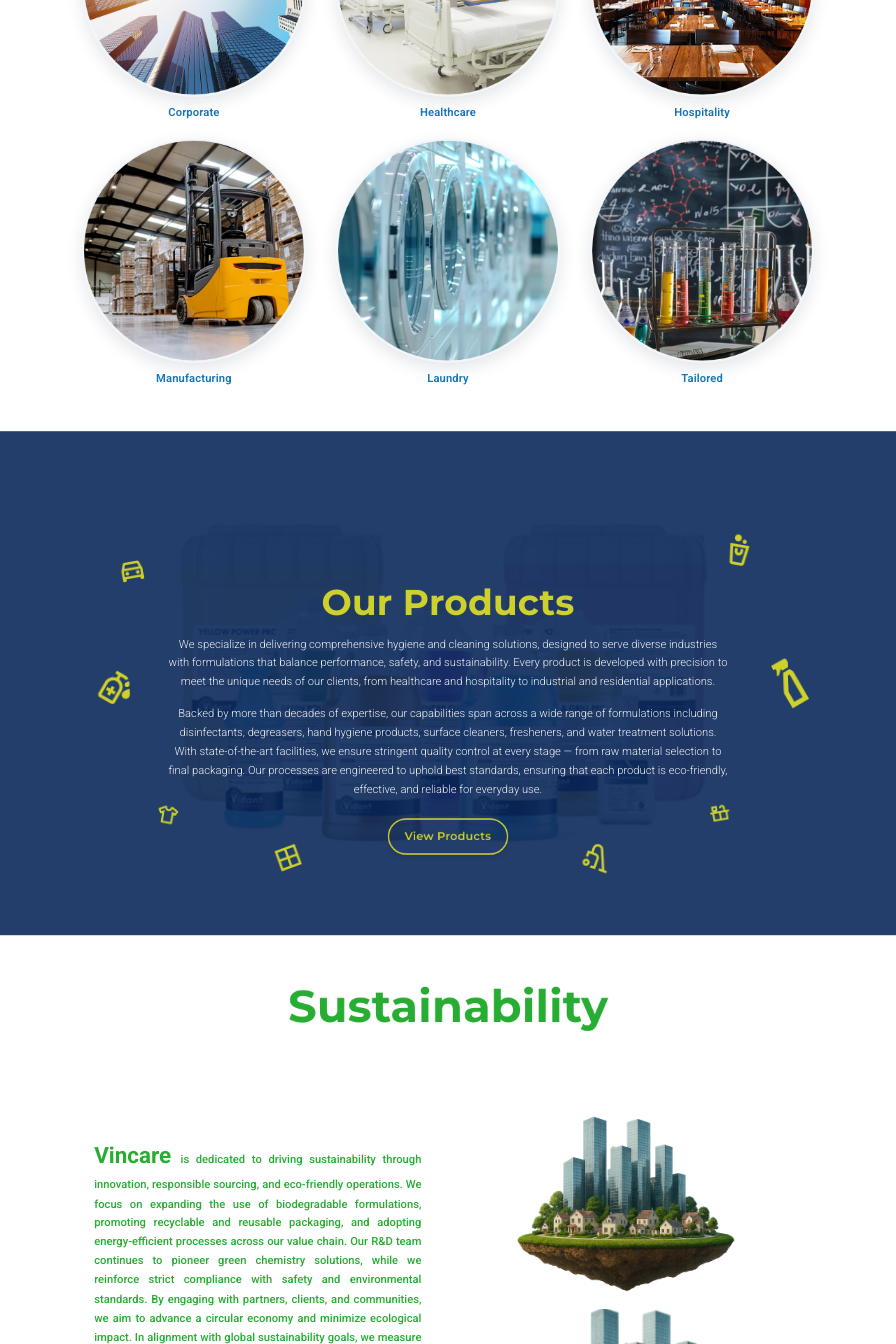
Repository: Yeshwanth-189/vincare
Page: / (app in vincare-frontend/)
The author's editor kept a copy of each file at every save. The page is drawn from the files as they stood at one save, then again after the next save.
The browser window is 1280 px wide. The pictures show the part of the page from y = 4580 to 6500 px (the page is 7076 px tall before and 6970 px after), at 70% of full size.
Pictures or frames that could not be fetched are drawn as grey boxes. The project was rebuilt for these pictures with package versions that can differ from the ones it lists, and the page was loaded fresh each time. Also part of the build but not shown: vincare-frontend/vite.config.js. Imported but missing from the stored project, and not drawn on this page: vincare-frontend/src/assets/green-globe-white-bg.mp4.

Above is the page before, as saved 2025-09-25 20:22:56.

### vincare-frontend/index.html
<!DOCTYPE html>
<html lang="en">
  <head>
    <meta charset="UTF-8" />
    <link rel="preconnect" href="https://fonts.googleapis.com" />
    <link rel="preconnect" href="https://fonts.gstatic.com" crossorigin />
    <link rel="icon" type="image/svg+xml" href="/Vincare-Logo.png" />
    <link
      href="https://fonts.googleapis.com/css2?family=Lato:ital,wght@0,100;0,300;0,400;0,700;0,900;1,100;1,300;1,400;1,700;1,900&family=Montserrat:ital,wght@0,100..900;1,100..900&family=Roboto:ital,wght@0,100..900;1,100..900&display=swap"
      rel="stylesheet"
    />
    <meta name="viewport" content="width=device-width, initial-scale=1.0" />
    <title>Vincare Hygiene</title>
  </head>
  <body>
    <div id="root"></div>
    <script type="module" src="/src/main.jsx"></script>
  </body>
</html>

### vincare-frontend/src/App.jsx
import "./App.css";
import Vincare from "./components/Vincare";
import { BrowserRouter as Router, Routes, Route } from "react-router-dom";

function App() {
  return (
    <>
      <Router>
        <Routes>
          <Route path="/" element={<Vincare />} />
        </Routes>
      </Router>
    </>
  );
}

export default App;

### vincare-frontend/src/App.css
:root {
  /* Brand Colors */
  --color-primary: #1777bc; /* Dark Navy Blue */
  --color-secondary: rgb(39, 173, 50); /* Professional Light Blue */

  /* Backgrounds */
  --color-bg: #ffffff;
  --color-bg-light: #f5f5f5;

  /* Neutral Grays */
  --color-gray-dark: #333333;
  --color-gray-mid: #666666;
  --color-gray-light: #f5f5f5;

  /* Status Colors */
  --color-success: #2e7d32;
  --color-warning: #ed6c02;
  --color-error: #d32f2f;

  /* Typography */
  --font-heading: "Montserrat", serif;
  --font-body: "Roboto", sans-serif;

  /* Font Sizes (scalable for responsive design) */
  --text-h1: 2.5rem;
  --text-h2: 2rem;
  --text-h3: 1.5rem;
  --text-body: 1rem;
  --text-small: 0.875rem;

  /* Spacing (consistent padding/margin system) */
  --space-xs: 4px;
  --space-sm: 8px;
  --space-md: 16px;
  --space-lg: 24px;
  --space-xl: 32px;

  /* Border Radius */
  --radius-sm: 4px;
  --radius-md: 8px;
  --radius-lg: 16px;

  /* Shadows */
  --shadow-sm: 0 1px 2px rgba(0, 0, 0, 0.05);
  --shadow-md: 0 4px 6px rgba(0, 0, 0, 0.1);
  --shadow-lg: 0 10px 15px rgba(0, 0, 0, 0.15);
}

html,
body {
  margin: 0;
  padding: 0;
}
* {
  box-sizing: border-box;
}
/* Base Typography */
body {
  font-family: var(--font-body);
  font-size: var(--text-body);
  color: var(--color-gray-dark);
  background-color: var(--color-bg);
  margin: 0;
  padding: 0;
}

h1,
h2,
h3,
h4,
h5,
h6 {
  font-family: var(--font-heading);
  color: var(--color-primary);
  margin: 0 0 var(--space-md);
}

p {
  margin: 0 0 var(--space-md);
  color: var(--color-gray-mid);
}

### vincare-frontend/src/components/Vincare.jsx
import React from "react";
import NavBar from "../components/Navbar";
import Hero from "../components/Hero";
import About from "../components/About";
import Sectors from "../components/Sectors";
import ProductsIntro from "../components/ProductsIntro";
import SustainabilityGreenManf from "../components/SustainabilityGreenManf";
// import Contact from "../components/Contact";
// import Footer from "../components/Footer";

function Vincare() {
  return (
    <>
      <NavBar />
      <section id="home">
        <Hero />
      </section>
      <section id="about">
        <About />
      </section>
      <section id="sectors">
        <Sectors />
      </section>
      <section id="products-intro">
        <ProductsIntro />
      </section>
      <section id="sustainability">
        <SustainabilityGreenManf />
      </section>

      {/* <section id="services">
        <Services />
      </section>
      <section id="courses">
        <Courses />
      </section>
      <section id="projects">
        <Projects />
      </section>
      <section id="blogs">
        <Blogs />
      </section>
      <section id="contact">
        <Contact />
      </section>
      <Footer /> */}
    </>
  );
}

export default Vincare;

### vincare-frontend/src/styles/Navbar.css
.navbar {
  position: fixed;
  width: 100%;
  background-color: var(--color-bg);
  z-index: 999;
  padding: 1% 0 1%;
}

.navbar-grid {
  display: grid;
  grid-template-columns: repeat(12, 1fr);
  align-items: center;
  max-width: 1400px;
  margin: 0 auto;
  padding: 0 20px;
}

.col-1 {
  grid-column: 1 / 2;
}

.col-2to11 {
  grid-column: 2 / 12;
  display: flex;
  justify-content: space-between;
  align-items: center;
}

.col-12 {
  display: none;
}

/* Left: Logo */
.navbar-logo {
  font-family: "Montserrat", serif;
  font-size: 1.3rem;
  color: var(--color-primary);
  display: flex;
  justify-content: flex-start;
  align-items: flex-start;
  width: 100%;
}

.navbar-logo-image {
  width: 8%;
}
.navbar-word-logo-image {
  width: 20%;
}
.primary {
  color: #0a2540;
}

.secondary {
  color: #51ba31;
}

/* Right: Links */
.navbar-links {
  display: flex;
  gap: 32px;
  font-family: "Montserrat", serif;
  font-size: 0.95rem;
}

.navbar-links a {
  color: var(--color-primary);
  text-decoration: none;
  transition: color 0.3s ease;
  position: relative;
}

.navbar-links a:hover {
  color: var(--color-secondary);
  cursor: pointer;
}

.navbar-links a::after {
  content: "";
  display: block;
  height: 2px;
  width: 0;
  background-color: var(--color-secondary);
  transition: width 0.3s ease;
  position: absolute;
  bottom: -4px;
  left: 0;
}

.navbar-links a:hover::after {
  width: 100%;
}
.hamburger {
  display: none;
  flex-direction: column;
  justify-content: center;
  align-items: flex-end;
  gap: 5px;
  margin-left: auto;
  cursor: pointer;
  z-index: 1000;
}

.bar {
  width: 22px;
  height: 3px;
  background-color: var(--color-primary);
  transition: all 0.3s ease;
}

.rotate-top {
  transform: rotate(45deg) translateY(8px);
}

.fade {
  opacity: 0;
}

.rotate-bottom {
  transform: rotate(-45deg) translateY(-8px);
}

/* Responsive */
@media screen and (max-width: 768px) {
  .navbar-grid {
    grid-template-columns: 1fr;
  }

  .col-2to11 {
    flex-direction: column;
    gap: 14px;
    grid-column: span 12;
  }

  .navbar-logo {
    font-size: 1.1rem;
  }

  .navbar-logo-image {
    width: 10%;
    padding-top: 3%;
  }

  .navbar-word-logo-image {
    width: 20%;
    padding-top: 3%;
    padding-bottom: 3%;
  }

  .navbar-links {
    flex-direction: column;
    gap: 12px;
  }
  @media screen and (max-width: 768px) {
    .hamburger {
      margin-top: 7%;
      display: flex;
    }
    .navbar {
      top: 0;
      border-bottom: 1px solid #0a2540;
    }

    .navbar-links {
      display: none;
      flex-direction: column;
      gap: 16px;
      margin-top: 1rem;
      width: 100%;
    }

    .navbar-links.open {
      display: flex;
      animation: fadeIn 0.3s ease-in-out;
    }
  }

  @keyframes fadeIn {
    from {
      opacity: 0;
      transform: translateY(-10px);
    }
    to {
      opacity: 1;
      transform: translateY(0);
    }
  }
}

### vincare-frontend/src/components/WhyVincare.jsx
import React from "react";
// eslint-disable-next-line no-unused-vars
import { motion } from "framer-motion";
import "../styles/WhyVincare.css";

import why1 from "../assets/why1.png";
import why2 from "../assets/why2.png";
import why3 from "../assets/why3.jpg";
import why4 from "../assets/why4.png";
import why5 from "../assets/why5.png";

const items = [
  {
    idx: "I",
    title: "Quality Above All",
    text: "We maintain stringent international standards, ensuring every formulation is safe, effective, and reliable across industries.",
    img: why1,
  },
  {
    idx: "II",
    title: "Sustainable by Design",
    text: "Our eco-friendly, biodegradable, and non-hazardous products protect both people and the planet while delivering high performance.",
    img: why2,
  },
  {
    idx: "III",
    title: "Hi-Tech Innovation",
    text: "With advanced R&D and cutting-edge formulations, we deliver next-generation cleaning solutions that evolve with client needs.",
    img: why3,
  },
  {
    idx: "IV",
    title: "On-Time, Every Time",
    text: "We honour commitments with prompt, consistent delivery, helping clients maintain seamless operations without compromise.",
    img: why4,
  },
  {
    idx: "V",
    title: "Safety & Transparency",
    text: "From packaging to process, we ensure user safety, clear labeling, and transparent practices, building long-term client confidence.",
    img: why5,
  },
];

export default function WhyVincare() {
  return (
    <section className="why grid-12">
      <motion.h2
        className="why__title"
        initial={{ y: 24, opacity: 0 }}
        whileInView={{ y: 0, opacity: 1 }}
        viewport={{ once: true }}
        transition={{ type: "spring", stiffness: 110, damping: 14 }}
      >
        Why Vincare
      </motion.h2>

      {/* Rows container (for vertical rail) */}
      <div className="why__rows">
        {items.map((it) => (
          <motion.div
            key={it.title}
            className="why__row"
            initial={{ y: 24, opacity: 0 }}
            whileInView={{ y: 0, opacity: 1 }}
            viewport={{ once: true, amount: 0.2 }}
            transition={{ type: "spring", stiffness: 110, damping: 16 }}
          >
            {/* Badge (centered on rail) */}
            <div className="why__badgeCol">
              <div className="why__badge">
                <span>{it.idx}</span>
              </div>
            </div>

            {/* Text (ALWAYS left on desktop) */}
            <div className="why__cardWrap left">
              <article className="why__card">
                <div className="why__content">
                  <h3>{it.title}</h3>
                  <p>{it.text}</p>
                </div>
              </article>
            </div>

            {/* Image (ALWAYS right on desktop) */}
            <div className="why__imgCol right">
              <img src={it.img} alt={it.title} loading="lazy" />
            </div>
          </motion.div>
        ))}
      </div>
    </section>
  );
}

### vincare-frontend/src/styles/Sectors.css
/* Fallbacks use your variables if present */
.sectors {
  padding: clamp(32px, 5vw, 72px) 0;
  background: var(--surface, #ffffff);
  color: var(--ink, #333333);
}

.grid-12 {
  display: grid;
  grid-template-columns: repeat(12, minmax(0, 1fr));
  gap: clamp(12px, 1.5vw, 20px);
}

/* Gutters: content spans columns 2–11 */
.sectors__title {
  grid-column: 2 / 12;
  font-family: var(--font-heading, "Montserrat", serif);
  font-weight: 700;
  font-size: clamp(4rem, 4.3vw, 4.2rem);
  line-height: 1.2;
  color: var(--color-primary);
  text-align: center;
  letter-spacing: 0.2px;
}

.sectors__intro {
  grid-column: 2 / 12;
  margin: 8px auto 0;
  text-align: center;
  font-family: var(--font-body, "Roboto", sans-serif);
  font-size: clamp(0.95rem, 1.2vw, 1.05rem);
  line-height: 1.7;
  color: var(--ink-2, #444);
}

/* Two rows x three columns within the central span */
.sectors__list {
  grid-column: 2 / 12;
  display: grid;
  grid-template-columns: repeat(3, minmax(0, 1fr));
  gap: clamp(18px, 2vw, 28px);
  list-style: none;
  padding: 0;
  margin: clamp(20px, 3vw, 36px) 0 0;
}

/* Card */
.sector {
  display: grid;
  place-items: center;
}

.sector__figure {
  width: 100%;
  max-width: 320px;
  margin: 0 auto;
  text-align: center;
}

.sector__imgWrap {
  position: relative;
  aspect-ratio: 1 / 1;
  border-radius: 9999px;
  overflow: hidden;
  border: 3px solid var(--brand, #f2f6f9);
  box-shadow: 0 8px 24px rgba(10, 37, 64, 0.12);
  will-change: transform;
  transition: transform 300ms ease;
}

.sector__img {
  width: 100%;
  height: 100%;
  object-fit: cover;
  transform: scale(1.02);
  transition: transform 450ms ease;
}

/* Hover zoom on the image; slight lift on wrapper */
.sector__figure:hover .sector__img {
  transform: scale(1.12);
}

.sector__figure:hover .sector__imgWrap {
  transform: translateY(-2px);
}

.sector__caption {
  margin-top: 10px;
  font-weight: 600;
  letter-spacing: 0.2px;
  color: var(--color-primary);
}

/* Responsive */
@media (max-width: 900px) {
  .sectors__list {
    grid-template-columns: repeat(2, minmax(0, 1fr));
  }
}

@media (max-width: 560px) {
  .sectors__list {
    grid-template-columns: 1fr;
  }
  .sectors__intro {
    text-align: justify;
    padding: 0 8px;
  }
}

/* Motion accessibility */
@media (prefers-reduced-motion: reduce) {
  .sector__img,
  .sector__imgWrap {
    transition: none !important;
    transform: none !important;
  }
}

### vincare-frontend/src/styles/ProductsIntro.css
/* ---- Our Products (12-col grid, background image) ---- */

.productsIntro {
  /* Background image via CSS var from component prop */
  background-image: var(--bg-image);
  background-size: cover;
  background-position: center;
  background-repeat: no-repeat;

  position: relative;
  min-height: clamp(720px, 70vh, 760px);
  display: grid;
  align-items: center; /* vertically center grid wrapper */
  padding: clamp(24px, 6vw, 64px) 0;
}

.productsIntro__grid {
  /* 12-column content grid */
  width: min(1200px, 92vw);
  margin: 0 auto;
  display: grid;
  grid-template-columns: repeat(12, minmax(0, 1fr));
  gap: clamp(12px, 2vw, 20px);
}

.productsIntro__content {
  /* Use gutters: columns 1 & 12 are visual gutters; content spans 2–11 */
  grid-column: 2 / 12;
  text-align: center;
}

/* Typography */
.productsIntro__title {
  color: #ced12b;
  font-family: "Montserrat", sans-serif;
  font-weight: 700;
  letter-spacing: 0.3px;
  font-size: clamp(2.8rem, 4vw, 4rem);
  line-height: 1.15;
  margin: 0 0 clamp(10px, 2.2vw, 16px);
}

.productsIntro__text {
  color: rgba(255, 255, 255, 0.92);
  font-family: "Roboto", system-ui, -apple-system, Segoe UI, sans-serif;
  font-size: clamp(0.98rem, 1.25vw, 1.05rem);
  font-weight: 300;
  line-height: 1.7;
  margin: 0% auto clamp(14px, 2vw, 18px);
  max-width: 90ch;
}

/* CTA button */
.productsIntro__cta {
  margin-top: clamp(18px, 3vw, 28px);
  display: flex;
  justify-content: center;
}

.btn {
  appearance: none;
  border: none;
  cursor: pointer;
  user-select: none;
  transition: transform 0.18s ease, background-color 0.25s ease,
    color 0.25s ease, border-color 0.25s ease;
  font-weight: 600;
  letter-spacing: 0.3px;
  text-decoration: none;
  display: inline-block;
}

.btn--outlineWhite {
  color: #ced12b;
  background: transparent;
  border: 2px solid #ced12b;
  padding: 12px 22px;
  border-radius: 999px;
  font-family: "Montserrat", system-ui, -apple-system, Segoe UI, Roboto,
    sans-serif;
}

.btn--outlineWhite:hover,
.btn--outlineWhite:focus-visible {
  background: #ffffff;
  color: var(--brand-dark, #0a2540); /* falls back to brand navy if defined */
  outline: none;
}

.btn--outlineWhite:active {
  transform: translateY(1px) scale(0.98);
}

/* Responsive: collapse gutters on small screens */
@media (max-width: 900px) {
  .productsIntro__content {
    grid-column: 1 / -1; /* full width */
    padding: 0 clamp(12px, 3vw, 24px);
  }
}

### vincare-frontend/src/styles/SustainabilityGreenManf.css
/* Root spacing & typography */
.sustainability {
  --sust-gap: clamp(12px, 2.2vw, 24px);
  --sust-card-gap: clamp(10px, 2vw, 16px);
  --sust-radius: 14px;
  --sust-shadow: 0 6px 18px rgba(0, 0, 0, 0.12);
  --sust-shadow-hover: 0 10px 28px rgba(0, 0, 0, 0.18);
  --sust-border: 1px solid rgba(0, 0, 0, 0.06);
  --sust-muted: #666;
  --sust-title: #0a2540; /* dark navy */
  --sust-accent: #1976d2; /* light blue */

  display: block;
  padding: clamp(20px, 4vw, 40px) var(--sust-pad-x);
}

.sust__grid {
  margin: 0 auto;
  max-width: var(--sust-maxw);
  display: grid;
  grid-template-columns: repeat(12, minmax(0, 1fr));
  gap: var(--sust-gap);
}

/* Gutters: columns 1 and 12 (kept empty) */
.sust__gutter {
  grid-column: span 1;
}

/* Main content spans columns 2–11 */
.sust__content {
  grid-column: 2 / 12;
  display: grid;
  grid-template-rows: auto auto;
  row-gap: var(--sust-gap);
}

/* Heading */

.slide-in {
  opacity: 0;
  transform: translateX(-40px);
  transition: transform 600ms cubic-bezier(0.22, 1, 0.36, 1), opacity 600ms ease;
}
.slide-in--visible {
  opacity: 1;
  transform: translateX(0);
}

/* Two-column content inside the 2–11 band */
.sust__twoCol {
  display: grid;
  grid-template-columns: repeat(
    10,
    minmax(0, 1fr)
  ); /* we’ll map 2–6 and 7–11 */
  gap: var(--sust-gap);
}
.sust__title {
  font-family: "Montserrat", sans-serif;
  font-size: clamp(3rem, 6vw, 4rem); /* bigger than before */
  letter-spacing: 0.2px;
  color: var(--color-secondary);
  margin: 0;
  text-align: center;
  will-change: transform, opacity;
  margin: 5%;
}

/* Left column: keep stacked layout */
.sust__left {
  grid-column: 1 / 6;
  display: grid;
  grid-template-columns: 1fr; /* one column */
  gap: var(--sust-card-gap);
  align-content: start;
}

/* Bigger icon */
.sust__cardIcon--lg {
  width: clamp(40px, 5vw, 56px);
  height: clamp(40px, 5vw, 56px);
}

/* Card body paragraph in Roboto */
.sust__cardPara {
  font-family: "Roboto", system-ui, -apple-system, Segoe UI, Arial, sans-serif;
  font-size: 0.98rem;
  line-height: 1.6;
  color: var(--sust-muted);
  margin: 6px 0 0 0;
}

/* Card title stays in Montserrat (keeps your existing look) */
.sust__cardTitle {
  font-family: "Montserrat", ui-sans-serif, system-ui, -apple-system, Segoe UI,
    Arial, sans-serif;
  font-size: 1.05rem;
  line-height: 1.25;
  margin: 0;
  color: var(--sust-accent);
  font-weight: 700;
}

/* Optional: give the single card a bit more padding for presence */
.sust__card {
  padding: clamp(14px, 2.4vw, 20px);
}

.sust__right {
  grid-column: 6 / 11; /* maps to 7–11 of the outer 12-col band */
  display: grid;
  grid-template-rows: auto auto;
  gap: var(--sust-card-gap);
  align-content: start;
}
.sust__intro {
  grid-column: 1 / -1; /* span both left sub-columns */
  font-family: "Roboto", system-ui, -apple-system, Segoe UI, Arial, sans-serif;
  font-size: 1rem;
  padding: 5%;
  margin-top: 7%;
  text-align: justify;
  line-height: 1.7;
  color: var(--color-secondary);
  font-weight: 500;
}
.sust__highlight {
  font-weight: 700;
  color: var(--color-secondary); /* green */
  font-size: 2rem;
  margin-right: 4px;
}

/* Card title in Montserrat */
.sust__cardTitle {
  font-family: "Montserrat", ui-sans-serif, system-ui, -apple-system, Segoe UI,
    Arial, sans-serif;
  font-size: 1rem;
  line-height: 1.2;
  margin: 0;
  color: var(--sust-accent);
  font-weight: 600;
}

/* Two bullet points in Roboto */
.sust__points {
  font-family: "Roboto", system-ui, -apple-system, Segoe UI, Arial, sans-serif;
  font-size: 0.95rem;
  line-height: 1.5;
  color: var(--sust-muted);
  list-style: disc;
  padding-left: 1.1rem; /* indent bullets */
  margin: 6px 0 0 0;
}
.sust__points li + li {
  margin-top: 4px; /* a little spacing between the two points */
}
.sust__callout {
  position: relative;
  padding: clamp(16px, 3vw, 28px) clamp(16px, 3vw, 28px);
  background: #fff; /* or transparent, your call */
  border-radius: 14px; /* subtle rounding */
  box-shadow: 0 6px 18px rgba(0, 0, 0, 0.08);
  margin: 5%;
  isolation: isolate; /* ensure pseudo-elements layer right */
}

/* Top & bottom green lines */
.sust__callout::before,
.sust__callout::after {
  content: "";
  position: absolute;
  left: 6%;
  right: 6%;
  height: 3px;
  background: linear-gradient(90deg, #2e7d32, #2e7d32);
  border-radius: 2px;
}
.sust__callout::before {
  top: -10px;
}
.sust__callout::after {
  bottom: -10px;
}

/* Bigger icon + bigger heading inside callout */
.sust__calloutHead {
  display: grid;
  grid-template-columns: auto 1fr;
  align-items: center;
  column-gap: clamp(12px, 2vw, 18px);
  margin-bottom: clamp(8px, 1.6vw, 12px);
}

.sust__calloutIcon {
  width: clamp(56px, 7vw, 84px);
  height: clamp(56px, 7vw, 84px);
  object-fit: contain;
}

.sust__calloutTitle {
  font-family: "Montserrat", ui-sans-serif, system-ui, -apple-system, Segoe UI,
    Arial, sans-serif;
  font-weight: 800;
  letter-spacing: 0.2px;
  line-height: 1.15;
  /* Bigger than your previous sub-heading */
  font-size: clamp(1.4rem, 3.2vw, 2rem);
  color: var(--color-secondary);
  margin: 0;
}

/* Paragraph in Roboto */
.sust__calloutText {
  font-family: "Roboto", system-ui, -apple-system, Segoe UI, Arial, sans-serif;
  font-size: clamp(0.98rem, 1.4vw, 1.05rem);
  line-height: 1.7;
  color: var(--sust-muted);
  margin: clamp(6px, 1vw, 10px) 0 0 0;
  text-align: justify;
}

/* Make sure the left column stacks cleanly (one per row layout) */
.sust__left {
  grid-column: 1 / 6;
  display: grid;
  grid-template-columns: 1fr;
  gap: var(--sust-card-gap);
  align-content: start;
}

/* Optional: tighten lines on mobile */
@media (max-width: 700px) {
  .sust__callout::before,
  .sust__callout::after {
    left: 4%;
    right: 4%;
  }
}
/* Cards */
.sust__card {
  background: #fff;
  border: var(--sust-border);
  border-radius: var(--sust-radius);
  box-shadow: var(--sust-shadow);
  padding: clamp(12px, 2.2vw, 16px);
  transition: transform 220ms ease, box-shadow 220ms ease;
}
.sust__card:hover {
  transform: translateY(-2px);
  box-shadow: var(--sust-shadow-hover);
}
.sust__cardHead {
  display: grid;
  grid-template-columns: 28px 1fr;
  align-items: center;
  column-gap: 10px;
  margin-bottom: 8px;
}
.sust__cardIcon {
  width: 100%;
  height: auto;
  object-fit: contain;
}
.sust__cardTitle {
  font-size: 1rem;
  line-height: 1.2;
  margin: 0;
  color: var(--sust-accent);
  font-weight: 600;
}
.sust__cardText {
  margin: 0;
  font-size: 0.95rem;
  line-height: 1.45;
  color: var(--sust-muted);
}

/* Video + image stack (right column) */
.sust__videoWrap,
.sust__imageWrap {
  width: 100%;
  overflow: hidden;
}

.sust__video {
  width: 100%;
  height: auto;
  display: block;
  aspect-ratio: 16 / 9;
}

.sust__imageWrap {
  width: 100%;
  overflow: hidden;
  display: block;
}

.sust__image {
  width: 100%;
  height: auto;
  display: block;
  margin-left: 5%;
  aspect-ratio: 16 / 9;
  object-fit: cover;
  transition: transform 0.6s ease-in-out; /* smooth movement */
  animation: floatY 2s ease-in-out infinite;
}

@keyframes floatY {
  0% {
    transform: translateY(0);
  }
  50% {
    transform: translateY(-15px);
  }
  100% {
    transform: translateY(0);
  }
}

/* RESPONSIVE */
@media (max-width: 1100px) {
  .sust__twoCol {
    grid-template-columns: 1fr; /* stack */
  }
  .sust__left,
  .sust__right {
    grid-column: 1 / -1;
  }
  .sust__left {
    grid-template-columns: 1fr 1fr;
  }
}

@media (max-width: 700px) {
  .sust__left {
    grid-template-columns: 1fr; /* cards single column on small screens */
  }
}

Loaded but not shown: vincare-frontend/src/main.jsx (common file); vincare-frontend/src/index.css (common file); vincare-frontend/src/components/About.jsx (279 lines, source omitted); vincare-frontend/src/styles/About.css (396 lines, source omitted); vincare-frontend/src/components/SustainabilityGreenManf.jsx (127 lines, source omitted); vincare-frontend/src/styles/WhyVincare.css (212 lines, source omitted); vincare-frontend/src/components/ProductsIntro.jsx (126 lines, source omitted); vincare-frontend/src/styles/Hero.css (174 lines, source omitted); vincare-frontend/src/components/Navbar.jsx (128 lines, source omitted); vincare-frontend/src/components/Hero.jsx (131 lines, source omitted); vincare-frontend/src/components/Sectors.jsx (120 lines, source omitted)

After the next save:
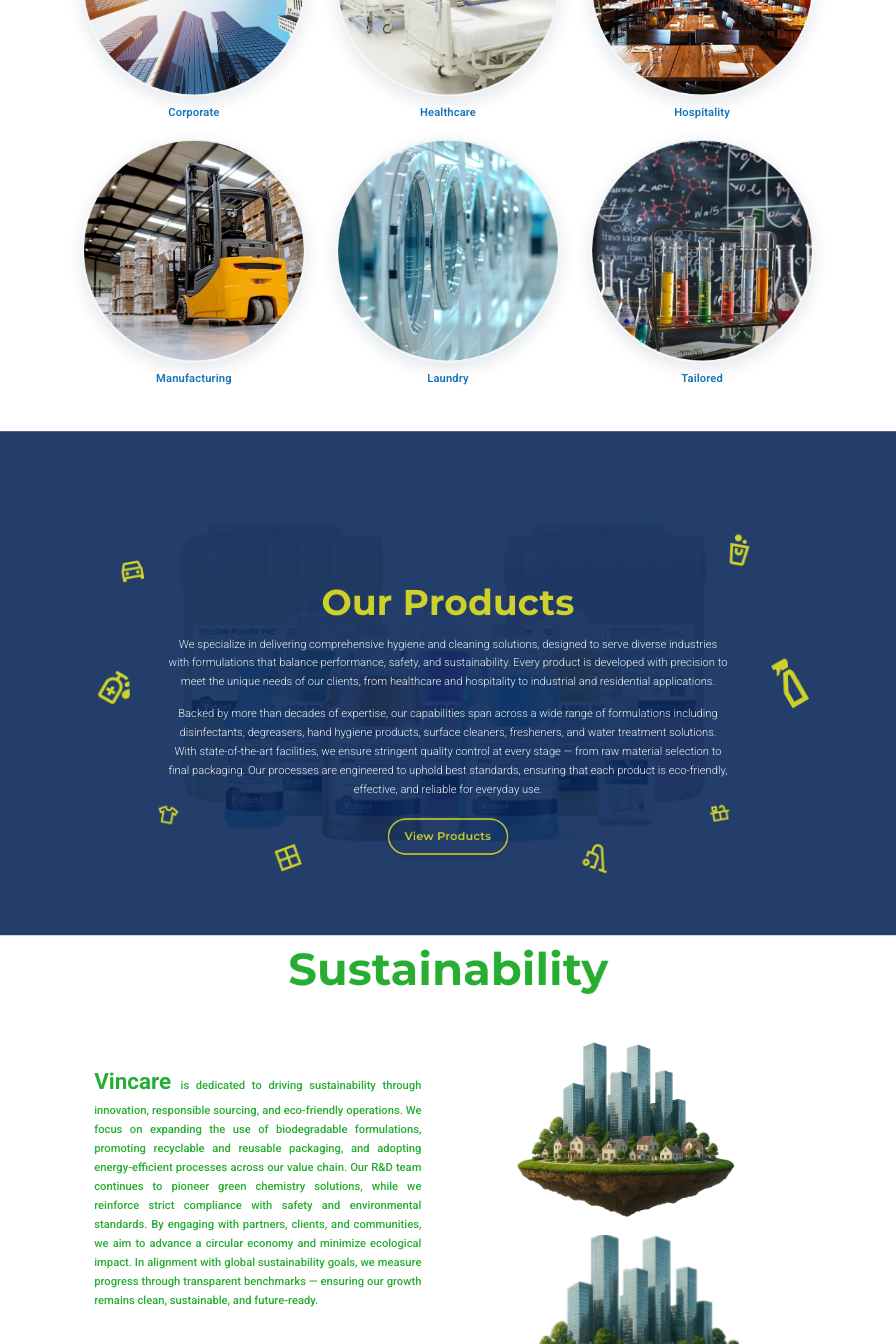
Saved 69 s later.
--- a/vincare-frontend/src/styles/SustainabilityGreenManf.css
+++ b/vincare-frontend/src/styles/SustainabilityGreenManf.css
@@ -64,7 +64,6 @@
   margin: 0;
   text-align: center;
   will-change: transform, opacity;
-  margin: 5%;
 }
 
 /* Left column: keep stacked layout */
